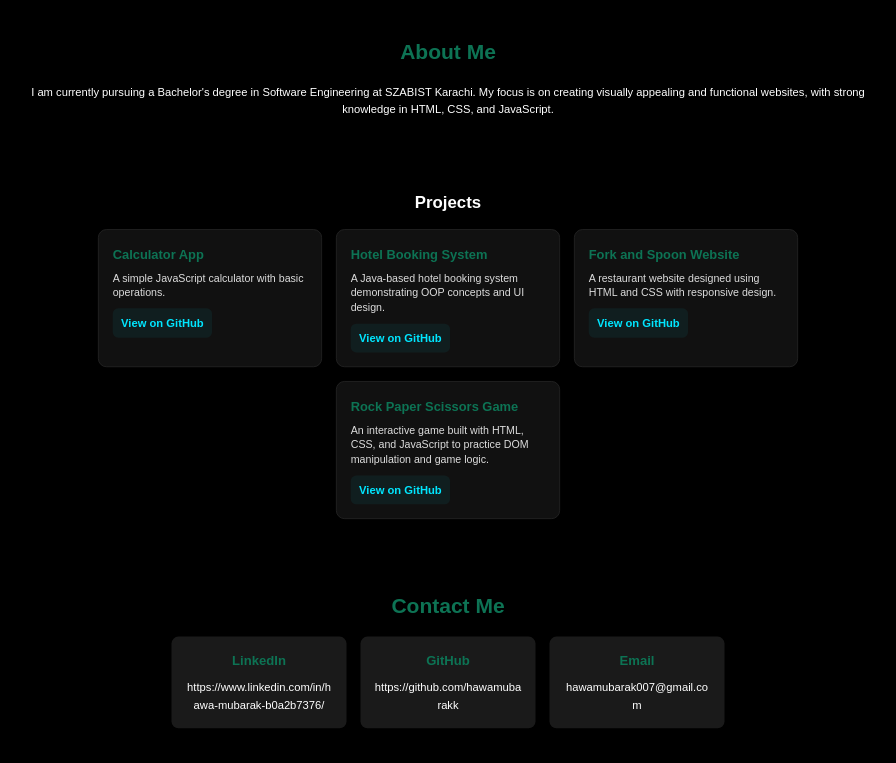
Repository: hawamubarakk/my-portfolio
Page: index.html
These files come from the project's save history. The page is drawn as it stood at one moment and after the next save; the edit follows.
The browser window is 1280 px wide. The pictures show the part of the page from y = 779 to 2679 px (the page is 1869 px tall before and 2939 px after), at 70% of full size.

Above is the page before, as saved 2025-08-12 17:58:25.

### index.html
<!DOCTYPE html>
<html lang="en">
<head>
    <meta charset="UTF-8">
    <meta name="viewport" content="width=device-width, initial-scale=1.0">
    <title>Hawa Mubarak - Portfolio</title>
    <link rel="stylesheet" href="css/style.css">
</head>
<body>
    <!-- Navbar -->
    <header>
        <nav>
            <ul class="navbar">
                <li><a href="#home">Home</a></li>
                <li><a href="#about">About</a></li>
                <li><a href="#projects">Projects</a></li>
                <li><a href="#contact">Contact</a></li>
            </ul>
        </nav>
    </header>

    <!-- Hero Section -->
    <section id="home" class="hero">
        <div class="hero-content">
            <h1>Welcome to My Portfolio</h1>
            <p>Hi, I'm <span>Hawa Mubarak</span> — a Software Engineering Student passionate about Front-End Development and modern web design.</p>
        </div>
    </section>

    <!-- About Section -->
    <section id="about" class="section">
        <h2>About Me</h2>
        <p>I am currently pursuing a Bachelor's degree in Software Engineering at SZABIST Karachi. My focus is on creating visually appealing and functional websites, with strong knowledge in HTML, CSS, and JavaScript.</p>
    </section>

    <!-- Projects Section -->
    <section id="projects" class="section">
        <h1>Projects</h1>

        <div class="projects-grid">
          <div class="project">
            <h3>Calculator App</h3>
            <p>A simple JavaScript calculator with basic operations.</p>
            <a href="https://github.com/hawamubarakk/Calculator" target="_blank" rel="noopener">View on GitHub</a>
          </div>

          <div class="project">
            <h3>Hotel Booking System</h3>
            <p>A Java-based hotel booking system demonstrating OOP concepts and UI design.</p>
            <a href="https://github.com/hawamubarakk/HotelBooking-System" target="_blank" rel="noopener">View on GitHub</a>
          </div>

          <div class="project">
            <h3>Fork and Spoon Website</h3>
            <p>A restaurant website designed using HTML and CSS with responsive design.</p>
            <a href="https://github.com/hawamubarakk/fork-and-spoon" target="_blank" rel="noopener">View on GitHub</a>
          </div>

          <div class="project">
            <h3>Rock Paper Scissors Game</h3>
            <p>An interactive game built with HTML, CSS, and JavaScript to practice DOM manipulation and game logic.</p>
            <a href="https://github.com/hawamubarakk/rock-paper-scissors" target="_blank" rel="noopener">View on GitHub</a>
          </div>
        </div>
      </section>

    <!-- Contact Section -->
    <section id="contact" class="section contact-section">
        <h2>Contact Me</h2>
        <div class="contact-boxes">
            <div class="contact-box">
                <h3>LinkedIn</h3>
                <a href="https://www.linkedin.com/in/hawa-mubarak-b0a2b7376/" target="_blank" rel="noopener">https://www.linkedin.com/in/hawa-mubarak-b0a2b7376/</a>
            </div>
            <div class="contact-box">
                <h3>GitHub</h3>
                <p><a href="https://github.com/hawamubarakk" target="_blank" rel="noopener">https://github.com/hawamubarakk</a></p>
            </div>
            <div class="contact-box">
                <h3>Email</h3>
                <p><a href="mailto:hawamubarak007@gmail.com">hawamubarak007@gmail.com</a></p>
            </div>
        </div>
    </section>

</body>
</html>

### css/style.css
/* General Reset */
* {
    margin: 0;
    padding: 0;
    box-sizing: border-box;
}

body {
    font-family: Arial, sans-serif;
    background-color: black;
    color: white;
    line-height: 1.6;
}

header {
    background-color:#0d7354; /* Black background */
    position: sticky;
    top: 0;
    z-index: 1000; /* Always on top */
  }

  .navbar {
    display: flex;
    justify-content: center;
    gap: 40px; /* Space between links */
    list-style: none;
    margin: 0;
    padding: 15px 0;
  }

  .navbar li a {
    color: #f0f0f0; /* Light text */
    font-size: 18px;
    font-weight: bold;
    text-decoration: none;
    padding: 10px 15px;
    border-radius: 5px;
    transition: all 0.3s ease;
  }

  .navbar li a:hover {
    background-color: #0d7354; /* Orange hover */
    color: #000; /* Text black on hover */
  }

/* Hero Section */
.hero {
    height: 100vh;
    background: linear-gradient(rgba(0,0,0,0.7), rgba(0,0,0,0.7)), url('profile.jpg') center/cover no-repeat;
    display: flex;
    justify-content: center;
    align-items: center;
    text-align: center;
    padding: 20px;
}

.hero h1 {
    font-size: 50px;
    margin-bottom: 20px;
}

.hero p {
    font-size: 20px;
}

.hero span {
    color: #0d7354;
}

/* Section Styling */
.section {
    padding: 50px 20px;
    text-align: center;
}

.section h2 {
    font-size: 30px;
    margin-bottom: 20px;
    color: #0d7354;
}

/* Contact & Project Boxes */
.contact-boxes, .project-boxes {
    display: flex;
    justify-content: center;
    gap: 20px;
    flex-wrap: wrap;
    margin-top: 20px;
}

.contact-box, .project-box {
    background: #1a1a1a;
    padding: 20px;
    width: 250px;
    border-radius: 10px;
    transition: transform 0.3s ease, background 0.3s ease;
}



.contact-box h3, .project-box h3 {
    margin-bottom: 10px;
    color: #0d7354;
}
.contact-box a, .project-box a {
    color: white;
    text-decoration: none;
    display: block; /* full width link */
    word-wrap: break-word; /* break long links */
    overflow-wrap: break-word; /* better support */
}

.contact-box a:hover, .project-box a:hover {
    color: #0d7354;
}

.contact-box a:hover, .project-box a:hover {
    color: #0d7354;
}


.projects-grid {
    display: flex;
    flex-wrap: wrap;
    gap: 20px;
    justify-content: center; /* center the row of cards */
    margin-top: 20px;
  }

  /* each project card */
  .project {
    background: #111;           /* dark card */
    border: 1px solid #2a2a2a;  /* subtle border */
    width: 320px;               /* fixed card width */
    padding: 20px;
    border-radius: 12px;
    box-shadow: 0 6px 18px rgba(0,0,0,0.6);
    transition: transform 0.25s ease, box-shadow 0.25s ease, background 0.25s ease;
    text-align: left;
  }

  /* card hover */
  .project:hover {
    transform: translateY(-8px);
    box-shadow: 0 18px 40px rgba(0,0,0,0.7);
    background: linear-gradient(180deg, #111, #222);
  }

  /* headings and description inside card */
  .project h3 {
    margin: 0 0 8px 0;
    color: #0d7354; /* warm accent */
    font-size: 1.15rem;
  }

  .project p {
    margin: 0 0 12px 0;
    color: #ddd;
    font-size: 0.95rem;
    line-height: 1.4;
  }

  /* link styling — make it stay inside card and wrap correctly */
  .project a {
    display: inline-block;           /* block-like but keeps flow */
    color: #00e6ff;
    text-decoration: none;
    font-weight: 600;
    word-break: break-word;          /* prevents overflow for long URLs */
    overflow-wrap: anywhere;
    padding: 8px 12px;
    border-radius: 8px;
    background: rgba(0,230,255,0.06);
    transition: background 0.18s ease, color 0.18s ease;
  }

  .project a:hover {
    background: #00e6ff;
    color: #000;
  }

  /* responsive tweak: smaller screens use full width cards */
  @media (max-width: 720px) {
    .project {
      width: 90%;
    }
  }

After the next save:
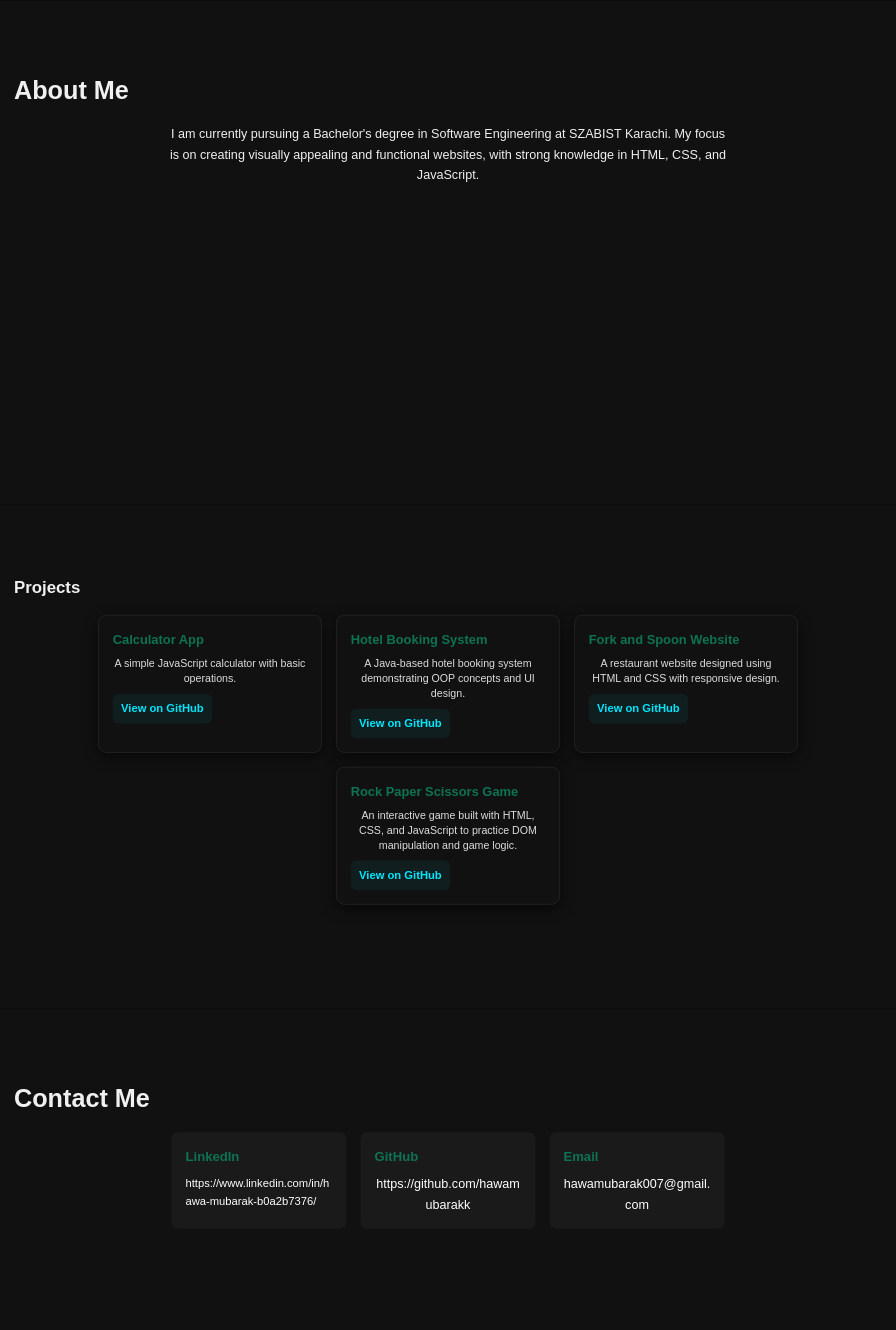
Saved 2 min 33 s later.
--- a/css/style.css
+++ b/css/style.css
@@ -68,17 +68,26 @@ header {
 }
 
 /* Section Styling */
+
 .section {
-    padding: 50px 20px;
+    padding: 100px 20px; /* Zyada top-bottom space */
+    min-height: 100vh; /* Full screen height */
+    background-color: #111; /* Dark background for contrast */
+    color: #f0f0f0;
+  }
+
+  .section h2 {
+    font-size: 36px;
+    margin-bottom: 20px;
+  }
+
+  .section p {
+    font-size: 18px;
+    line-height: 1.6;
+    max-width: 800px;
+    margin: auto;
     text-align: center;
-}
-
-.section h2 {
-    font-size: 30px;
-    margin-bottom: 20px;
-    color: #0d7354;
-}
-
+  }
 /* Contact & Project Boxes */
 .contact-boxes, .project-boxes {
     display: flex;
